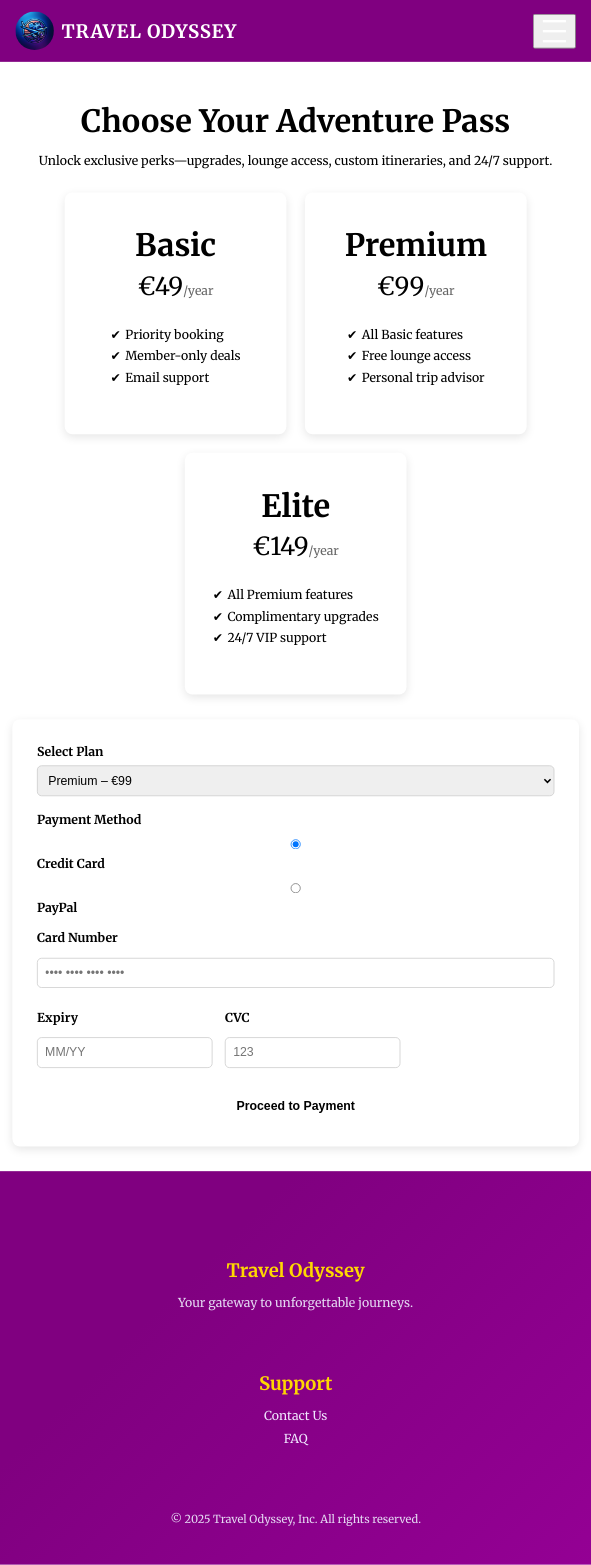
Repository: GHzPhoenix/Project-Odyssey
Page: Frontend/membership.html
These files come from the project's save history. The page is drawn as it stood at one moment and after the next save; the edit follows.
The browser window is 768 px wide. The pictures show the whole page, at 77% of full size.

Above is the page before, as saved 2025-06-09 11:47:30.

### Frontend/membership.html
<!DOCTYPE html>
<html lang="en">
  <head>
    <meta charset="UTF-8" />
    <meta name="viewport" content="width=device-width, initial-scale=1.0" />
    <title>Membership – Travel Odyssey</title>

    <link rel="stylesheet" href="/Frontend/css/style.css" />
    <link rel="stylesheet" href="/Frontend/css/membership.css" />
    <link
      href="https://fonts.googleapis.com/css2?family=Merriweather:wght@300;400;700&display=swap"
      rel="stylesheet"
    />
  </head>

  <body>
    <header>
      <nav>
        <div class="logo">
          <img src="/Frontend/assets/your-logo.png" alt="Logo" />
          Travel Odyssey
        </div>
        <button class="menu-toggle" onclick="toggleMenu()">
          <div></div>
          <div></div>
          <div></div>
        </button>
        <ul class="nav-menu">
          <li><a href="index.html">Home</a></li>
          <li><a href="deals.html">Deals</a></li>
          <li class="dropdown-parent">
            <a href="#">Services ▼</a>
            <div class="dropdown">
              <a href="membership.html" class="active">Membership</a>
              <a href="dream.html">Plan Your Trip</a>
              <a href="client-area.html">Client Area</a>
            </div>
          </li>
          <li><a href="contact.html">Contact</a></li>
          <li><a href="signup.html" class="signup-btn">Sign Up</a></li>
        </ul>
      </nav>
    </header>

    <main class="membership-page">
      <h1>Choose Your Adventure Pass</h1>
      <p class="intro">
        Unlock exclusive perks—upgrades, lounge access, custom itineraries, and
        24/7 support.
      </p>

      <div class="plans">
        <div class="plan-card">
          <h2>Basic</h2>
          <div class="price">€49<small>/year</small></div>
          <ul>
            <li>Priority booking</li>
            <li>Member-only deals</li>
            <li>Email support</li>
          </ul>
        </div>

        <div class="plan-card featured">
          <h2>Premium</h2>
          <div class="price">€99<small>/year</small></div>
          <ul>
            <li>All Basic features</li>
            <li>Free lounge access</li>
            <li>Personal trip advisor</li>
          </ul>
        </div>

        <div class="plan-card">
          <h2>Elite</h2>
          <div class="price">€149<small>/year</small></div>
          <ul>
            <li>All Premium features</li>
            <li>Complimentary upgrades</li>
            <li>24/7 VIP support</li>
          </ul>
        </div>
      </div>

      <form id="membership-form">
        <div class="form-row">
          <label for="plan-select">Select Plan</label>
          <select id="plan-select" required>
            <option value="Basic">Basic – €49</option>
            <option value="Premium" selected>Premium – €99</option>
            <option value="Elite">Elite – €149</option>
          </select>
        </div>

        <div class="form-row">
          <p>Payment Method</p>
          <label
            ><input type="radio" name="method" value="card" checked /> Credit
            Card</label
          >
          <label
            ><input type="radio" name="method" value="paypal" /> PayPal</label
          >
        </div>

        <div id="card-fields">
          <div class="form-row">
            <label for="cc-number">Card Number</label>
            <input
              type="text"
              id="cc-number"
              placeholder="•••• •••• •••• ••••"
              required
            />
          </div>
          <div class="form-row two-cols">
            <div>
              <label for="cc-expiry">Expiry</label>
              <input type="text" id="cc-expiry" placeholder="MM/YY" required />
            </div>
            <div>
              <label for="cc-cvc">CVC</label>
              <input type="text" id="cc-cvc" placeholder="123" required />
            </div>
          </div>
        </div>

        <button type="submit" class="join-btn">Proceed to Payment</button>
      </form>
    </main>

    <footer class="footer">
      <div class="footer-container">
        <div class="footer-section">
          <h3>Travel Odyssey</h3>
          <p>Your gateway to unforgettable journeys.</p>
        </div>
        <div class="footer-section">
          <h3>Support</h3>
          <ul>
            <li><a href="contact.html">Contact Us</a></li>
            <li><a href="faq.html">FAQ</a></li>
          </ul>
        </div>
      </div>
      <div class="footer-bottom">
        © 2025 Travel Odyssey, Inc. All rights reserved.
      </div>
    </footer>

    <script>
      function toggleMenu() {
        document.querySelector(".nav-menu").classList.toggle("active");
      }

      document
        .getElementById("membership-form")
        .addEventListener("submit", (e) => {
          e.preventDefault();
          alert("Payment successful! Redirecting to your client area…");
          window.location.href = "client-area.html";
        });
    </script>
  </body>
</html>

### Frontend/css/membership.css
body {
  background: var(--bg-light);
}

.membership-page {
  max-width: 800px;
  margin: 2rem auto;
  padding: 0 1rem;
  text-align: center;
}

.membership-page h1 {
  color: var(--primary);
  margin-bottom: 0.5rem;
}

.membership-page .intro {
  color: var(--text-dark);
  margin-bottom: 2rem;
}

.plans {
  display: flex;
  flex-wrap: wrap;
  gap: 1.5rem;
  justify-content: center;
  margin-bottom: 2rem;
}

.plan-card {
  background: #fff;
  border-radius: 10px;
  box-shadow: 0 4px 12px rgba(0, 0, 0, 0.1);
  flex: 1 1 200px;
  max-width: 240px;
  padding: 1.5rem;
  display: flex;
  flex-direction: column;
  align-items: center;
  transition: transform 0.3s;
}

.plan-card:hover {
  transform: translateY(-5px);
}

.plan-card.featured {
  border: 2px solid var(--accent);
}

.plan-card h2 {
  margin-bottom: 0.5rem;
  color: var(--primary);
}

.plan-card .price {
  font-size: 2rem;
  margin-bottom: 1rem;
}
.plan-card .price small {
  font-size: 1rem;
  color: #666;
}

.plan-card ul {
  list-style: none;
  margin: 1rem 0 2rem;
  padding: 0;
  text-align: left;
}
.plan-card ul li {
  margin-bottom: 0.5rem;
  position: relative;
  padding-left: 1.2rem;
}
.plan-card ul li::before {
  content: "✔";
  position: absolute;
  left: 0;
  color: var(--accent);
}

#membership-form {
  background: #fff;
  padding: 2rem;
  border-radius: 10px;
  box-shadow: 0 4px 12px rgba(0, 0, 0, 0.1);
}

.form-row {
  margin-bottom: 1.25rem;
  text-align: left;
}

.form-row label {
  display: block;
  margin-bottom: 0.5rem;
  font-weight: 600;
}

.form-row select,
.form-row input[type="text"] {
  width: 100%;
  padding: 0.6rem;
  border: 1px solid #ccc;
  border-radius: 6px;
  font-size: 1rem;
}

.form-row p {
  margin-bottom: 0.5rem;
  font-weight: 600;
}

.form-row.two-cols {
  display: flex;
  gap: 1rem;
}

.join-btn {
  background: var(--accent);
  color: var(--white);
  padding: 0.75rem 2rem;
  border: none;
  border-radius: 25px;
  font-size: 1rem;
  font-weight: 700;
  cursor: pointer;
  transition: background 0.3s;
}
.join-btn:hover {
  background: #ff4a75;
}

Loaded but not shown: Frontend/css/style.css (1245 lines, source omitted)

After the next save:
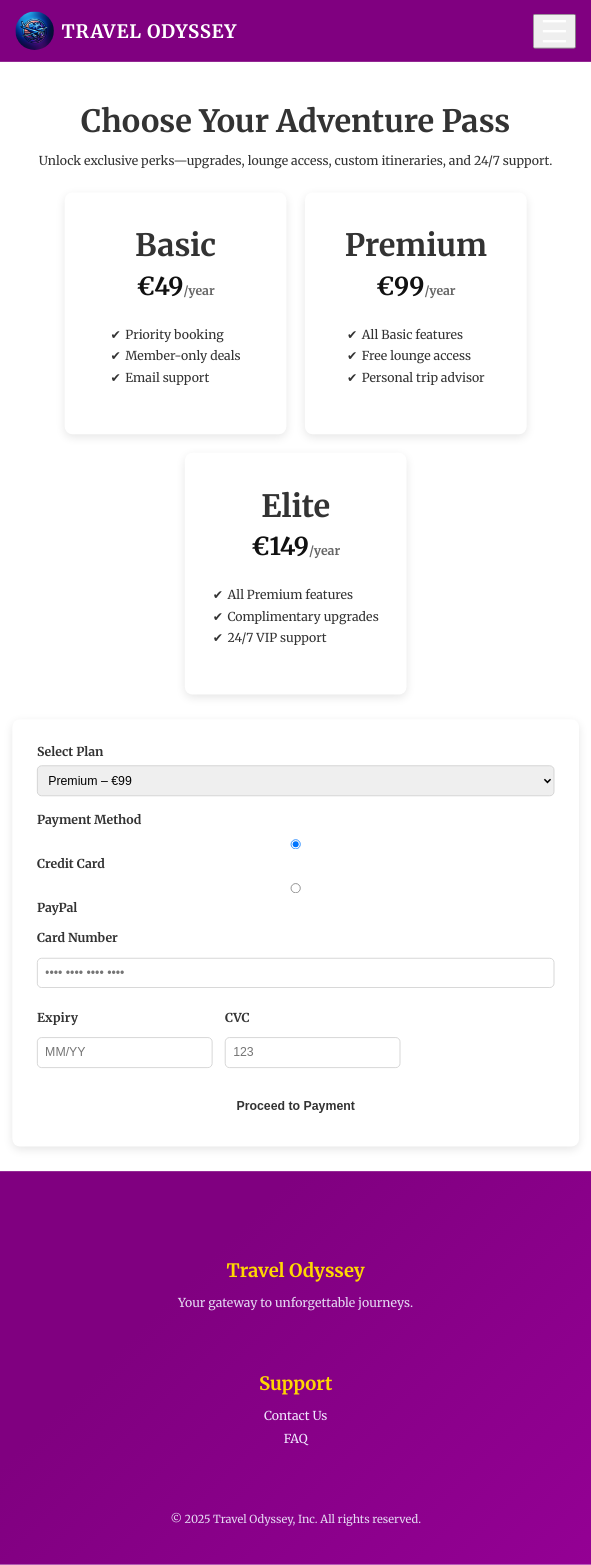
Saved 20 s later.
--- a/Frontend/css/membership.css
+++ b/Frontend/css/membership.css
@@ -1,3 +1,95 @@
+body {
+  font-family: "Merriweather", serif;
+  margin: 0;
+  padding: 0;
+  background-color: #f9f9f9;
+  color: #333;
+}
+
+main.membership-section {
+  padding: 60px 20px;
+  text-align: center;
+  background: #ffffff;
+}
+
+.section-title {
+  font-size: 2.4rem;
+  margin-bottom: 40px;
+  font-weight: 700;
+  color: #2c3e50;
+}
+
+.membership-grid {
+  display: grid;
+  grid-template-columns: repeat(auto-fit, minmax(280px, 1fr));
+  gap: 30px;
+  max-width: 1200px;
+  margin: 0 auto;
+  padding: 0 20px;
+}
+
+.membership-card {
+  background: #fff;
+  border-radius: 15px;
+  padding: 30px;
+  box-shadow: 0 10px 25px rgba(0, 0, 0, 0.08);
+  transition: transform 0.3s ease, box-shadow 0.3s ease;
+  display: flex;
+  flex-direction: column;
+  align-items: center;
+}
+
+.membership-card:hover {
+  transform: translateY(-10px);
+  box-shadow: 0 15px 35px rgba(0, 0, 0, 0.1);
+}
+
+.icon {
+  font-size: 3rem;
+  color: #6c63ff;
+  margin-bottom: 15px;
+}
+
+.membership-card h3 {
+  font-size: 1.6rem;
+  margin-bottom: 10px;
+  color: #2c3e50;
+}
+
+.membership-card p {
+  font-size: 1rem;
+  color: #666;
+  margin-bottom: 20px;
+  line-height: 1.6;
+}
+
+.price {
+  font-size: 1.3rem;
+  font-weight: bold;
+  color: #111;
+  margin-bottom: 25px;
+}
+
+.join-btn {
+  background-color: #6c63ff;
+  color: white;
+  padding: 12px 25px;
+  border: none;
+  border-radius: 8px;
+  font-size: 1rem;
+  text-decoration: none;
+  transition: background 0.3s ease;
+}
+
+.join-btn:hover {
+  background-color: #5848d2;
+}
+
+@media (max-width: 768px) {
+  .membership-grid {
+    grid-template-columns: 1fr;
+  }
+}
 body {
   background: var(--bg-light);
 }
